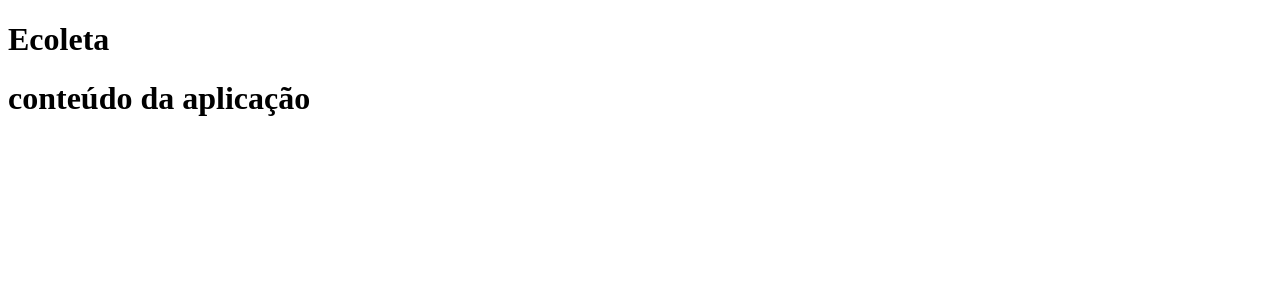
Repository: Andr3Souza/NLW-01-Ecoleta
Page: / (app in web/)
These files come from the project's save history. The page is drawn as it stood at one moment and after the next save; the edit follows.
The browser window is 1280 px wide. The pictures show the whole page.
The project was rebuilt for these pictures with package versions that can differ from the ones it lists, and the page was loaded fresh each time. Also part of the build but not shown: web/src/App.css.

Above is the page before, as saved 2020-06-03 21:15:38.

### web/public/index.html
<!DOCTYPE html>
<html lang="en">
  <head>
    <meta charset="utf-8" />

    <meta name="viewport" content="width=device-width, initial-scale=1" />
    <meta name="theme-color" content="#34CB79" />
    <title>Ecoleta</title>
  </head>
  <body>
    <noscript>You need to enable JavaScript to run this app.</noscript>
    <div id="root"></div>
  </body>
</html>

### web/src/App.tsx
import React from "react";
import "./App.css";

import Header from "./Header";

function App() {
  return (
    <div>
      <Header title="Hello wworld" />
      <h1>conteúdo da aplicação</h1>
    </div>
  );
}
export default App;

### web/src/Header.tsx
import React from "react";

interface HeaderProps {
  title: string;
}

//Todo componente usar letra maiúscula no Início
const Header: React.FC<HeaderProps> = () => {
  return (
    <header>
      <h1>Ecoleta</h1>
    </header>
  );
};

export default Header;

Loaded but not shown: web/src/index.tsx (common file)

After the next save:
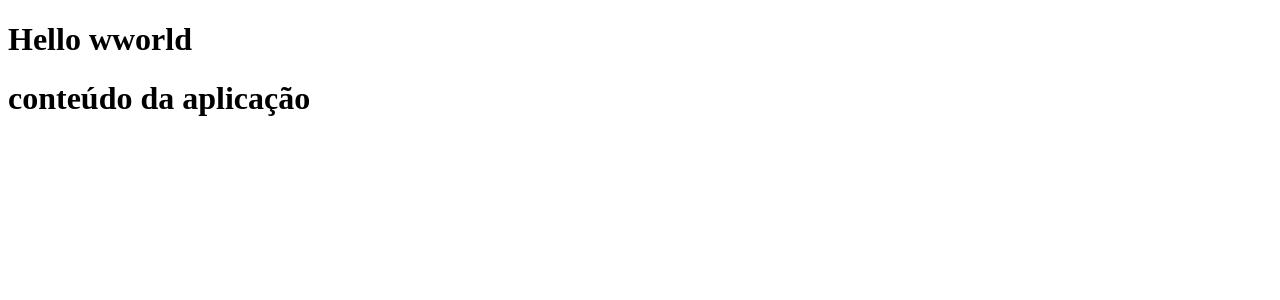
Saved 98 s later.
--- a/web/src/Header.tsx
+++ b/web/src/Header.tsx
@@ -5,10 +5,10 @@
 }
 
 //Todo componente usar letra maiúscula no Início
-const Header: React.FC<HeaderProps> = () => {
+const Header: React.FC<HeaderProps> = (props) => {
   return (
     <header>
-      <h1>Ecoleta</h1>
+      <h1>{props.title}</h1>
     </header>
   );
 };
